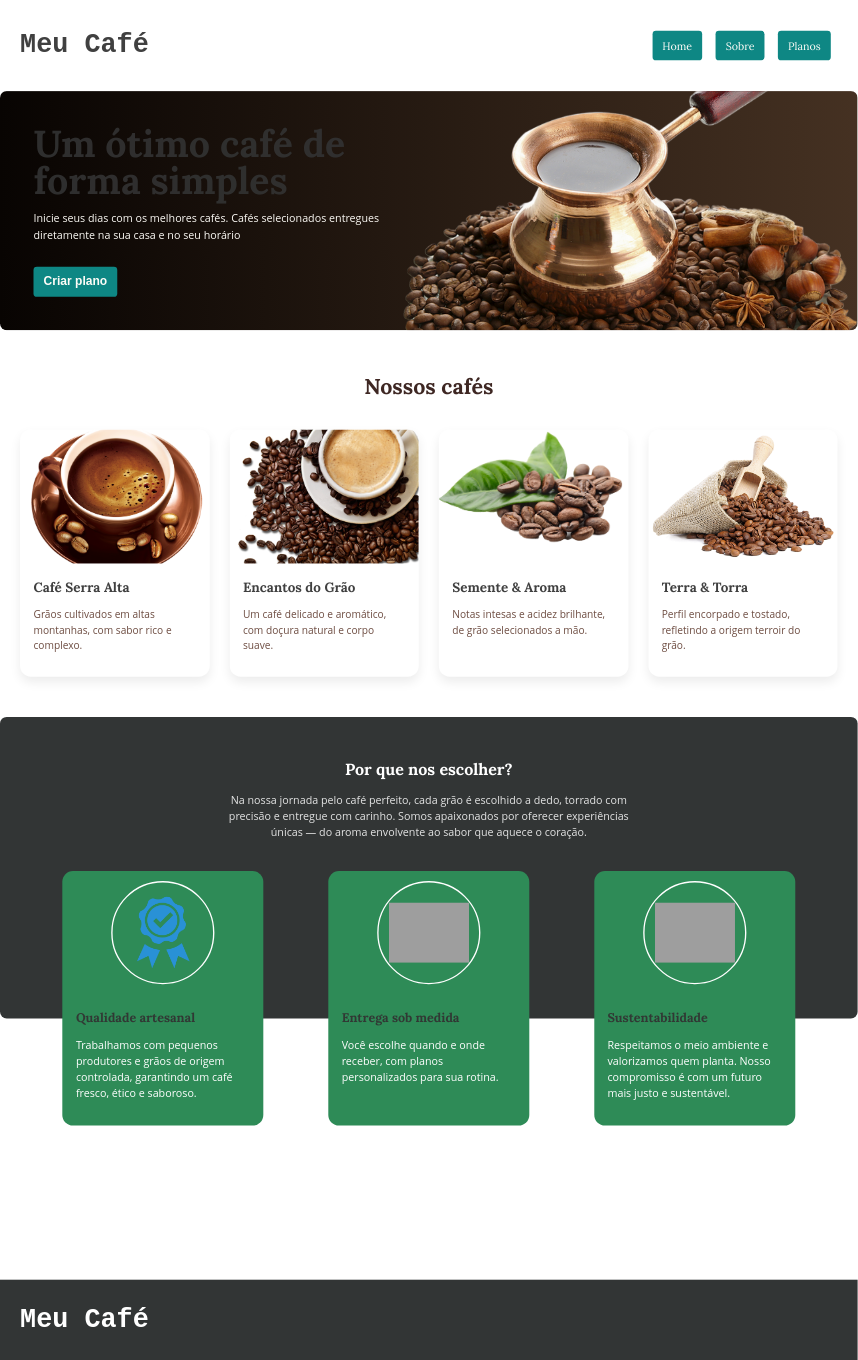
Repository: meiotera/meu_cafe.dev
Page: /
These files come from the project's save history. The page is drawn as it stood at one moment and after the next save; the edit follows.
The browser window is 1280 px wide. The pictures show the whole page, at 67% of full size.
Pictures or frames that could not be fetched are drawn as grey boxes. The project was rebuilt for these pictures with package versions that can differ from the ones it lists, and the page was loaded fresh each time. Also part of the build but not shown: vite.config.js, src/Pages/AboutUs.module.css, src/Pages/AboutUs.jsx, src/Pages/YourPlane.jsx.

Above is the page before, as saved 2025-04-04 15:13:37.

### src/index.css
@import url('https://fonts.googleapis.com/css2?family=Lora:wght@400;700&display=swap');

:root {
  font-family: 'Lora', sans-serif;
  line-height: 1.5;
  font-weight: 400;
  box-sizing: border-box; /* Mantido */

  color: rgba(255, 255, 255, 0.87);

  font-synthesis: none;
  text-rendering: optimizeLegibility;
  -webkit-font-smoothing: antialiased;
  -moz-osx-font-smoothing: grayscale;
}

a {
  font-weight: 500;
  color: #646cff;
  text-decoration: inherit;
}
a:hover {
  color: #535bf2;
}

h1,
h2,
h3 {
  font-family: 'Lora', sans-serif;
  color: rgba(50, 49, 49, 0.93);
  margin: 0; /* Removido o margin */
}

p {
  font-family: 'Open Sans', sans-serif;
}

body {
  max-width: 1280px;
  margin: 0 auto;
}

### src/App.jsx
import React from 'react';
import { BrowserRouter, Routes, Route } from 'react-router-dom';

import Home from './Pages/Home';
import AboutUs from './Pages/AboutUs';
import YourPlane from './Pages/YourPlane';

import Header from './components/Header/Header';
import Main from './components/Main/Main';
import Footer from './components/Footer/Footer';

function App() {
  return (
    <>
      <BrowserRouter>
        <Header />

        <Main>
          <Routes>
            <Route path="/" element={<Home />} />
            <Route path="/sobre" element={<AboutUs />} />
            <Route path="planos" element={<YourPlane />} />
          </Routes>
        </Main>

        <Footer />
      </BrowserRouter>
    </>
  );
}

export default App;

### src/Pages/Home.jsx
import React from 'react';
import Banner from '../components/Banner/Banner';

import styles from './Home.module.css';
import Card from '../components/Card/Card';

const Home = () => {
  return (
    <>
      <Banner
        titulo={'Um ótimo café de forma simples'}
        imagem={'artesanal'}
        texto={
          'Inicie seus dias com os melhores cafés. Cafés selecionados entregues diretamente na sua casa e no seu horário'
        }
        botao={'Criar plano'}
      />

      <section className={styles.collection}>
        <div className={styles.titulo}>
          <h2>Nossos cafés</h2>
        </div>

        <div className={styles.collectionCards}>
          <Card
            titulo={'Café Serra Alta'}
            paragrafo={
              'Grãos cultivados em altas montanhas, com sabor rico e complexo.'
            }
            imagem={'serraalta'}
          />

          <Card
            titulo={'Encantos do Grão'}
            paragrafo={
              'Um café delicado e aromático, com doçura natural e corpo suave.'
            }
            imagem={'encantos'}
          />

          <Card
            titulo={'Semente & Aroma'}
            paragrafo={
              'Notas intesas e acidez brilhante, de grão selecionados a mão.'
            }
            imagem={'sementeearoma'}
          />

          <Card
            titulo={'Terra & Torra'}
            paragrafo={
              ' Perfil encorpado e tostado, refletindo a origem terroir do grão.'
            }
            imagem={'terraetorra'}
          />
        </div>
      </section>

      <section className={styles.porque}>
        <div className={styles.descricao}>
          <h2>Por que nos escolher?</h2>

          <p>
            Na nossa jornada pelo café perfeito, cada grão é escolhido a dedo,
            torrado com precisão e entregue com carinho. Somos apaixonados por
            oferecer experiências únicas — do aroma envolvente ao sabor que
            aquece o coração.
          </p>
        </div>
        <div className={styles.collectionCardsPorque}>
          <Card
            cardDestaque={styles.cardDestaque}
            imgClassName={styles.imgContainer}
            textoClassName={styles.textoBranco}
            circular={true}
            titulo={'Qualidade artesanal'}
            paragrafo={
              'Trabalhamos com pequenos produtores e grãos de origem controlada, garantindo um café fresco, ético e saboroso.'
            }
            imagem={'quality'}
          />

          <Card
            cardDestaque={styles.cardDestaque}
            imgClassName={styles.imgContainer}
            textoClassName={styles.textoBranco}
            circular={true}
            titulo={'Entrega sob medida'}
            paragrafo={
              'Você escolhe quando e onde receber, com planos personalizados para sua rotina.'
            }
            imagem={'delivery'}
          />

          <Card
            cardDestaque={styles.cardDestaque}
            imgClassName={styles.imgContainer}
            textoClassName={styles.textoBranco}
            circular={true}
            titulo={'Sustentabilidade'}
            paragrafo={
              'Respeitamos o meio ambiente e valorizamos quem planta. Nosso compromisso é com um futuro mais justo e sustentável.'
            }
            imagem={'natur'}
          />
        </div>
      </section>
    </>
  );
};

export default Home;

### src/components/Header/Header.jsx
import React from 'react';

import styles from './Header.module.css';
import NavBar from '../NavBar/NavBar';
import Banner from '../Banner/Banner';

const Header = () => {
  return (
    <header className={styles.header}>
      <h1 className={styles.titulo}>Meu Café</h1>

      <NavBar />
    </header>
  );
};

export default Header;

### src/components/Main/Main.jsx
import React from 'react';

const Main = ({ children }) => {
  return <main>{children}</main>;
};

export default Main;

### src/components/Footer/Footer.jsx
import React from 'react';
import styles from './Footer.module.css';

const Footer = () => {
  return (
    <footer className={styles.footer}>
      <h1 className={styles.titulo}>Meu Café</h1>
    </footer>
  );
};

export default Footer;

### src/components/Banner/Banner.jsx
import React from 'react';

import styles from './Banner.module.css';

const Banner = ({ titulo, texto, botao }) => {
  return (
    <div className={styles.banner}>
      <div className={styles.containerText}>
        <h2>{titulo}</h2>

        <p>{texto}</p>
        {botao && <button className={styles.button}>{botao}</button>}
      </div>
    </div>
  );
};

export default Banner;

### src/Pages/Home.module.css
.collection,
.porque {
  padding: 60px 30px;
}

.porque {
  border-radius: 10px;
  position: relative;

  padding-bottom: 200px;
}

.porque::before {
  content: '';
  position: absolute;
  top: 0;
  left: 0;
  right: 0;
  border-radius: 10px;
  background-color: rgb(50, 53, 53);
  height: 450px;

  z-index: -1;
}

.collectionCardsPorque {
  display: grid;
  grid-template-columns: repeat(auto-fit, minmax(200px, 1fr));
  gap: 30px;
  padding: 30px;
  justify-items: center;
}

.porque .descricao h2 {
  color: #fff;
}

.descricao {
  text-align: center;
  max-width: 600px;
  margin: 0 auto;
}

.titulo h2 {
  font-size: 2rem;
  text-align: center;
  margin-bottom: 40px;
  color: #3e2723;
}

.collectionCards {
  display: grid;
  grid-template-columns: repeat(auto-fit, minmax(200px, 1fr));
  gap: 30px;
  justify-items: center;
}

/* Estilo para ícone ou imagem circular */
.cardDestaque {
  background-color: seagreen;
  border-radius: 16px;
  max-width: 300px;
  color: #fdfaf6;
}

.imgContainer {
  height: 150px;
  width: 150px;
  overflow: hidden;
  display: flex;
  justify-content: center;
  align-items: center;
  border: 2px solid #fff;
  margin: 15px auto;
  border-radius: 50%;
}

.textoBranco {
  color: #fff !important;
  padding: 20px;
}

.cardDestaque .imgContainer img {
  width: 80%;
  height: 80%;
  object-fit: contain;
}

### src/components/Card/Card.jsx
import React from 'react';
import styles from './Card.module.css';
import clsx from 'clsx';

const Card = ({
  titulo,
  paragrafo,
  imagem,
  imgClassName,
  cardDestaque,
  textoClassName,
}) => {
  return (
    <div className={clsx(cardDestaque || styles.cafeCard)}>
      <div className={clsx(imgClassName || styles.imgContainer)}>
        <img src={`../../img/${imagem}.png`} alt={`${imagem}`} />
      </div>
      <div className={clsx(textoClassName || styles.texto)}>
        <h3>{titulo}</h3>
        <p>{paragrafo}</p>
      </div>
    </div>
  );
};

export default Card;

### src/components/Header/Header.module.css
.header {
  height: max-content;
  color: rgba(50, 49, 49, 0.93);

  padding: 30px;
  display: flex;
  flex-wrap: wrap;
  justify-content: center;
  align-items: center;
}

.titulo {
  font-size: 2.5em;
  font-family: 'Courier New', Courier, monospace;
  font-weight: bold;
}

@media screen and (min-width: 548px) {
  .header {
    justify-content: space-between;
  }
}

### src/components/NavBar/NavBar.jsx
import React from 'react';
import { NavLink } from 'react-router-dom';

import styles from './NavBar.module.css';

const NavBar = () => {
  return (
    <nav className={styles.navbar}>
      <ul>
        <li>
          <NavLink to={'/'}>Home</NavLink>
        </li>
        <li>
          <NavLink to={'/sobre'}>Sobre</NavLink>
        </li>
        <li>
          <NavLink to={'/planos'}> Planos</NavLink>
        </li>
      </ul>
    </nav>
  );
};
export default NavBar;

### src/components/Footer/Footer.module.css
.titulo {
  font-size: 2.5em;
  font-family: 'Courier New', Courier, monospace;
  font-weight: bold;
  color: #fff;
}

.footer {
  padding: 30px;
  background-color: rgb(50, 53, 53);
}

### src/components/Banner/Banner.module.css
.banner {
  background-image: url('../../../public/img/artesanal.png'),
    linear-gradient(to left, #453122, #080402);

  background-repeat: no-repeat;
  background-position: right;
  display: flex;

  justify-content: space-between;
  align-items: center;
  padding: 30px 50px;
  border-radius: 10px;
}

.containerText {
  color: #fefcf7;
  max-width: 50%;
  padding: 20px 0;
}

.containerText h2 {
  font-size: 3.5em;
  line-height: 1;
}

.button {
  border: none;
  background-color: #0e8784;
  border-radius: 5px;
  padding: 12px 15px;
  color: #fefcf7;
  font-weight: bold;
  font-size: 18px;
  cursor: pointer;
  margin-top: 20px;
  transition: ease-in-out 0.2s;
}

.button:hover {
  background-color: #189b99;
}

@media screen and (max-width: 820px) {
  .containerText {
    max-width: 500px;
  }
}

### src/components/Card/Card.module.css
.cafeCard {
  background: #fff;
  border-radius: 16px;
  box-shadow: 0 8px 16px rgba(0, 0, 0, 0.08);
  overflow: hidden;
  max-width: 320px;
  transition: transform 0.3s ease, box-shadow 0.3s ease;
}

.cafeCard:hover {
  transform: translateY(-5px);
  box-shadow: 0 12px 24px rgba(0, 0, 0, 0.15);
}

.imgContainer {
  width: 100%;
  height: 200px;
}

.imgContainer img {
  width: 100%;
  height: 100%;
  object-fit: cover;
}

.texto {
  padding: 20px;
}

.texto h3 {
  font-size: 1.25rem;
  margin-bottom: 10px;
}

.texto p {
  font-size: 0.95rem;
  color: #6d4c41;
}

### src/components/NavBar/NavBar.module.css
.navbar ul {
  display: flex;
  padding: 0;
  justify-content: space-between;
}

.navbar li {
  list-style: none;
  margin: 10px;
}

.navbar a {
  padding: 12px 15px;
  background-color: #0e8784;
  border-radius: 5px;
  color: #fefcf7;
}

.navbar a:hover {
  background-color: #189b99;
}

Loaded but not shown: index.html (common file); src/main.jsx (common file)

After the next save:
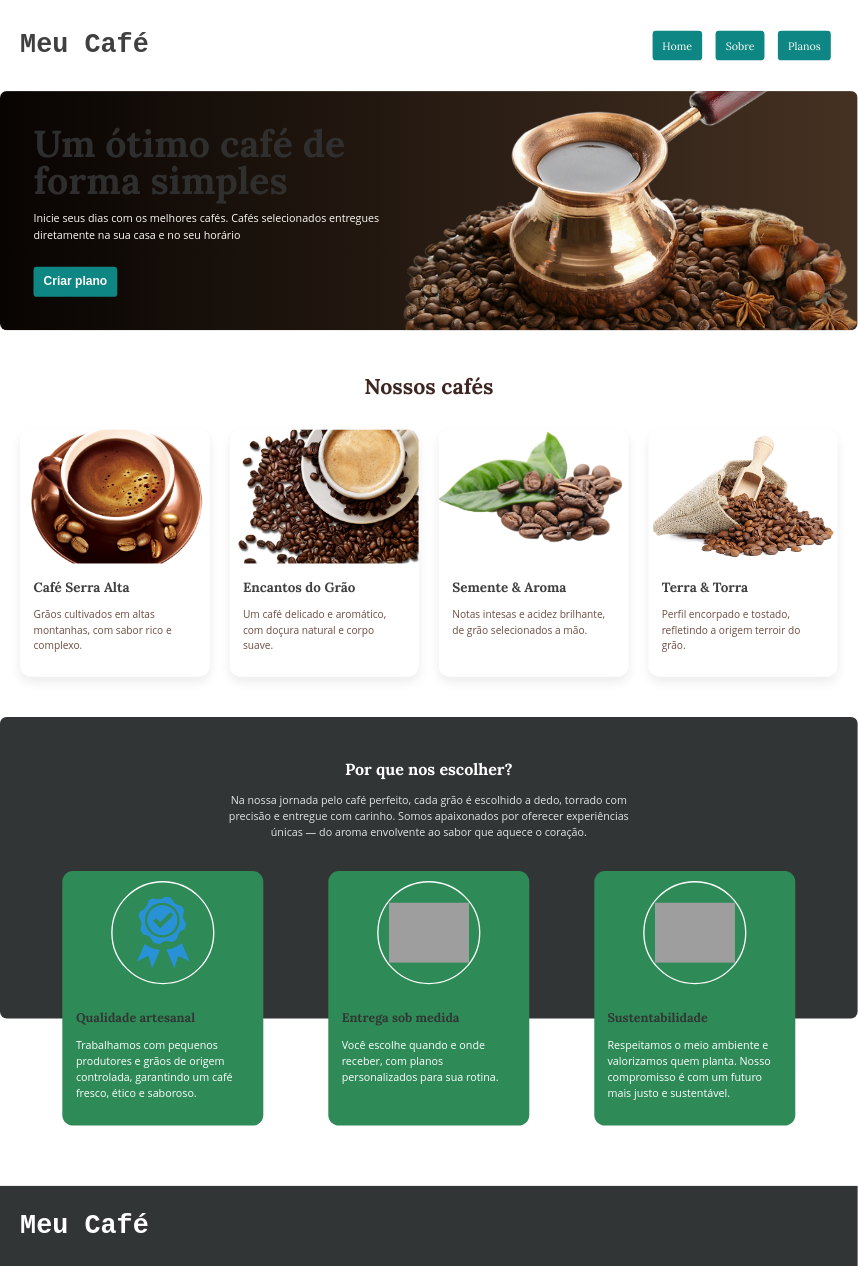
Saved 96 s later.
--- a/src/Pages/Home.module.css
+++ b/src/Pages/Home.module.css
@@ -6,8 +6,6 @@
 .porque {
   border-radius: 10px;
   position: relative;
-
-  padding-bottom: 200px;
 }
 
 .porque::before {
